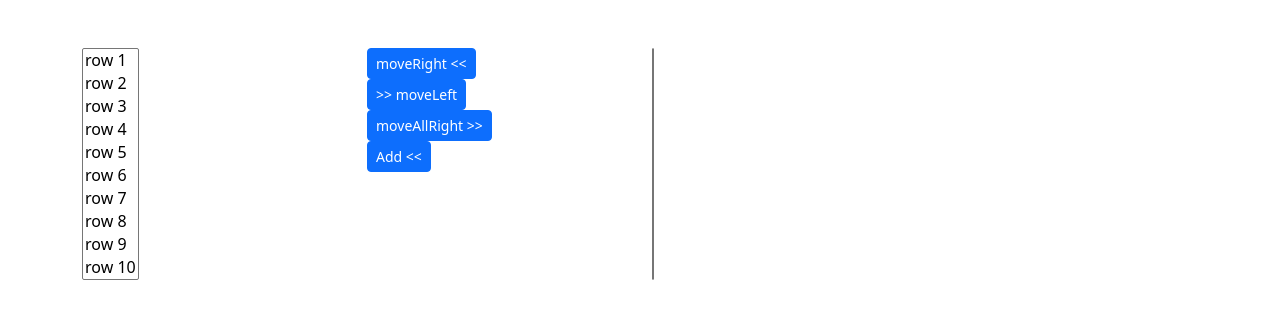
Repository: ishanbassi/iotasol-assignments
Page: /iotasol/work-10
These files come from the project's save history. The page is drawn as it stood at one moment and after the next save; the edit follows.
The browser window is 1280 px wide. The pictures show the whole page.
The project was rebuilt for these pictures with package versions that can differ from the ones it lists, and the page was loaded fresh each time. Some packages were replaced by stand-ins written for this rebuild. The framework's server and built-in components were replaced by stand-ins that run in the browser.

Above is the page before, as saved 2022-11-11 16:55:11.

### pages/_app.tsx
import "../styles/global.css"
import 'bootstrap/dist/css/bootstrap.min.css';
export default function App({Component,ComponentProps}){
    return(
        <Component {...ComponentProps}/>
    )
}

### pages/iotasol/work-10.tsx
import { useState } from "react"
import { Container,Row,Col, Button } from "react-bootstrap"
export default function App() {
    const [select1Values, setSelect1Values] = useState([
        'row 1','row 2','row 3','row 4','row 5','row 6','row 7','row 8','row 9','row 10'
    ])
    const moveLeft = () => {

    }
    const moveRight = () => {

    }
    const moveAllLeft = () => {

    }
    const moveAllRight = () => {

    }
    const [select2Values,setSelect2Values] = useState([])
    return (
        <Container>
            <Row className="mt-5">
                <Col md="3">

                    <select name="select1" id="select1" multiple size={10}>
                        {
                            select1Values.map(val => {
                                return <option value={val}>{val}</option>
                            })
                        }
                    </select>
                </Col>
                <Col md="3">
                        <Button size="sm" onClick={moveRight} className="d-block">moveRight &lt;&lt;</Button>
                        <Button size="sm" onClick={moveLeft} className="d-block">&gt;&gt; moveLeft</Button>
                        <Button size="sm" onClick={moveAllRight} className="d-block">moveAllRight &gt;&gt;</Button>
                        <Button size="sm" onClick={moveAllLeft} className="d-block">Add &lt;&lt;</Button>
                </Col>
                <Col md="3">

                    <select name="select2" id="select2" multiple size={10}>
                        {
                            select2Values.map(val => {
                                return <option value={val}>{val}</option>
                            })
                        }
                    </select>
                </Col>
            </Row>
        </Container>
    )
}

### styles/global.css
ol{
    list-style-position: inside;
}
button{
    margin-right: 2em !important;
}

After the next save:
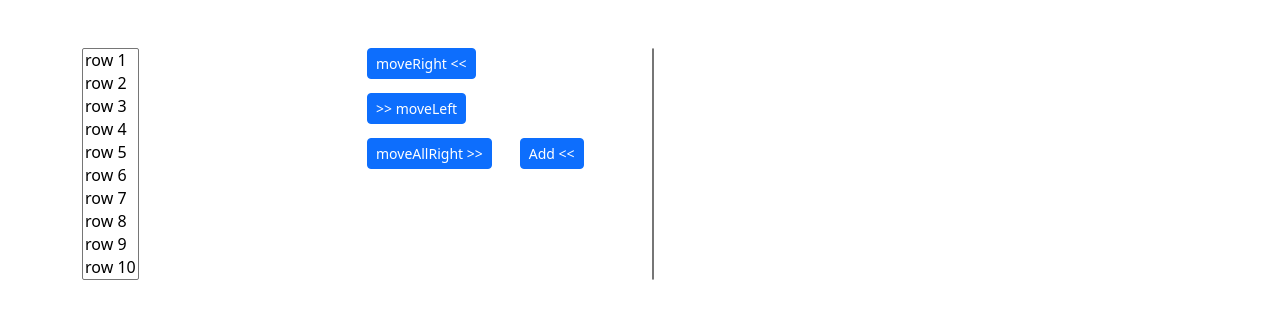
Saved 40 s later.
--- a/pages/iotasol/work-10.tsx
+++ b/pages/iotasol/work-10.tsx
@@ -31,10 +31,10 @@ export default function App() {
                     </select>
                 </Col>
                 <Col md="3">
-                        <Button size="sm" onClick={moveRight} className="d-block">moveRight &lt;&lt;</Button>
-                        <Button size="sm" onClick={moveLeft} className="d-block">&gt;&gt; moveLeft</Button>
-                        <Button size="sm" onClick={moveAllRight} className="d-block">moveAllRight &gt;&gt;</Button>
-                        <Button size="sm" onClick={moveAllLeft} className="d-block">Add &lt;&lt;</Button>
+                        <Button size="sm" onClick={moveRight}>moveRight &lt;&lt;</Button>
+                        <Button size="sm" onClick={moveLeft}>&gt;&gt; moveLeft</Button>
+                        <Button size="sm" onClick={moveAllRight}>moveAllRight &gt;&gt;</Button>
+                        <Button size="sm" onClick={moveAllLeft}>Add &lt;&lt;</Button>
                 </Col>
                 <Col md="3">
 
@@ -47,6 +47,15 @@ export default function App() {
                     </select>
                 </Col>
             </Row>
+            <style jsx>{`
+
+                        button{
+                            display:block;
+                            margin-bottom:1em
+                        }
+                `}
+
+            </style>
         </Container>
     )
 }
